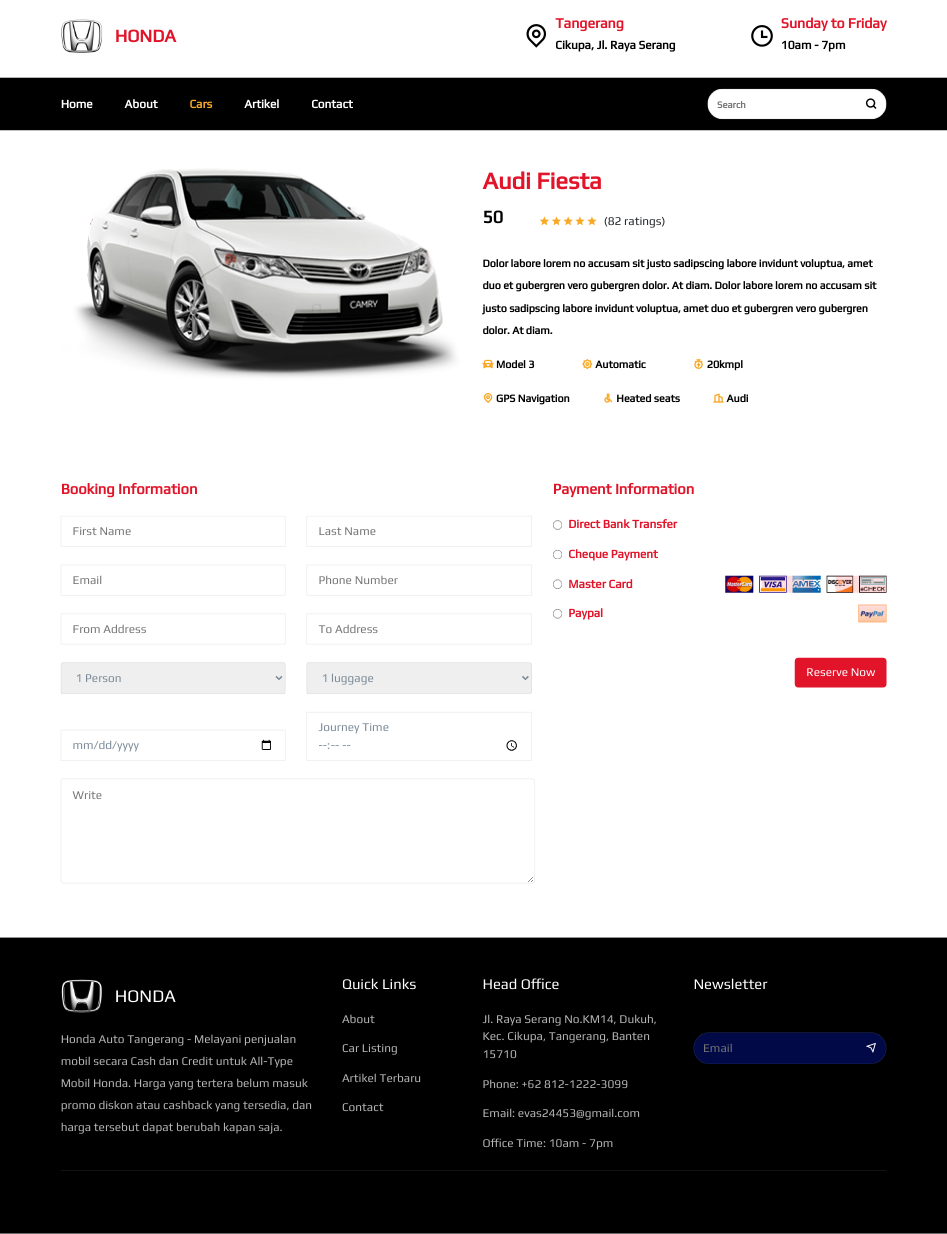
Repository: stevenxylver/Honda
Page: /cars/Audi Fiesta
These files come from the project's save history. The page is drawn as it stood at one moment and after the next save; the edit follows.
The browser window is 1280 px wide. The pictures show the whole page, at 74% of full size.
The project was rebuilt for these pictures with package versions that can differ from the ones it lists, and the page was loaded fresh each time. Also part of the build but not shown: src/styles/hero-slider.css, src/components/UI/HeroSlider.jsx, src/components/UI/FindCarForm.jsx, src/components/UI/AboutSection.jsx, src/styles/services-list.css, src/assets/data/serviceData.js, src/components/UI/ServicesList.jsx, src/components/UI/Example.jsx and 23 more.

Above is the page before, as saved 2022-11-20 14:21:24.

### src/index.css
/* ======== google fonts ======== */
@import url("https://fonts.googleapis.com/css2?family=Source+Sans+Pro:wght@200;300;400;600;700;900&display=swap");
@import url('https://fonts.googleapis.com/css2?family=Play&display=swap');
/* ======= base style ====== */
* {
  margin: 0;
  padding: 0;
  box-sizing: border-box;
  /* font-family: "Source Sans Pro", sans-serif; */
  font-family: 'Play', sans-serif;

}

/* ========= pre-define css ========= */
h1,
h2,
h3,
h4,
h5,
h6 {
  color: #E11429;
  font-weight: 600;
  margin-bottom: 0;
}

h3,
h4 {
  font-size: 1.6rem;
}

h5,
h6 {
  font-size: 1.2rem;
}

a {
  text-decoration: none;
  color: unset;
}

a:hover {
  color: unset;
}

ul {
  margin: 0;
  list-style: none;
}

.section__title {
  color: #E11429;
  font-weight: 600;
  font-size: 2rem;
}

.section__subtitle {
  color: #f9a826;
  font-weight: 600;
  font-size: 1.2rem;
}

.section__description {
  color: #000;
  font-size: 0.9rem;
  line-height: 30px;
  font-weight: 600;
}

section {
  padding: 50px 0px;
}

.btn {
  padding: 7px 15px;
  background: #E11429;
  color: #fff;
  border: none;
  outline: none;
  border-radius: 5px;
  transition: 0.3s;
}

.btn:hover {
  color: #fff !important;
  background: #E11429;
}

@media only screen and (max-width: 768px) {
  section {
    padding: 30px 0px;
  }

  .section__title {
    font-size: 1.6rem;
  }

  .section__subtitle {
    font-size: 1.1rem;
  }
}

### src/components/Footer/Footer.jsx
import React from "react";

import { Container, Row, Col, ListGroup, ListGroupItem } from "reactstrap";
import { Link } from "react-router-dom";
import "../../styles/footer.css";
import honda from "../../assets/all-images/honda.png";


const quickLinks = [
  {
    path: "/about",
    display: "About",
  },
  {
    path: "/cars",
    display: "Car Listing",
  },
  {
    path: "/blogs",
    display: "Artikel Terbaru",
  },

  {
    path: "/contact",
    display: "Contact",
  },
];

const Footer = () => {
  const date = new Date();
  const year = date.getFullYear();
  return (
    <footer className="footer">
      <Container>
        <Row>
          <Col lg="4" md="4" sm="12">
            <div className="logo footer__logo">
              <h1>
                <Link to="/home" className=" d-flex align-items-center gap-2">
                <img className="honda" src={honda} alt="" />
                    <i></i>
                    <span>HONDA
                     <br/>
                    </span>
                </Link>
              </h1>
            </div>
            <p className="footer__logo-content">
            Honda Auto Tangerang - Melayani penjualan mobil secara Cash dan Credit untuk All-Type Mobil Honda. Harga yang tertera belum masuk promo diskon atau cashback yang tersedia, dan harga tersebut dapat berubah kapan saja.
            </p>
          </Col>

          <Col lg="2" md="4" sm="6">
            <div className="mb-4">
              <h5 className="footer__link-title">Quick Links</h5>
              <ListGroup>
                {quickLinks.map((item, index) => (
                  <ListGroupItem key={index} className="p-0 mt-3 quick__link">
                    <Link to={item.path}>{item.display}</Link>
                  </ListGroupItem>
                ))}
              </ListGroup>
            </div>
          </Col>

          <Col lg="3" md="4" sm="6">
            <div className="mb-4">
              <h5 className="footer__link-title mb-4">Head Office</h5>
              <p className="office__info">Jl. Raya Serang No.KM14, Dukuh, Kec. Cikupa, Tangerang, Banten 15710</p>
              <p className="office__info">Phone: +62 812-1222-3099</p>

              <p className="office__info">Email: evas24453@gmail.com </p>

              <p className="office__info">Office Time: 10am - 7pm</p>
            </div>
          </Col>

          <Col lg="3" md="4" sm="12">
            <div className="mb-4">
              <h5 className="footer__link-title">Newsletter</h5>
              <p className="section__description">Subscribe our newsletter</p>
              <div className="newsletter">
                <input type="email" placeholder="Email" />
                <span>
                  <i class="ri-send-plane-line"></i>
                </span>
              </div>
            </div>
          </Col>

          <Col lg="12">
            <div className="footer__bottom">
              <p className="section__description d-flex align-items-center justify-content-center gap-1 pt-4">
                <i class="ri-copyright-line"></i>Copyright {year}, Developed by
                Muhibur Rahman. All rights reserved.
              </p>
            </div>
          </Col>
        </Row>
      </Container>
    </footer>
  );
};

export default Footer;

### src/styles/header.css
.header__top {
  padding: 10px 0px;
  background: #E11429;
  color: #fff;
}


.honda
{
width: 57px;
height: 57px;
}

.header__top__left {
  display: flex;
  align-items: center;
  column-gap: 1rem;
}

.header__top__left span {
  font-size: 0.9rem;
}

.header__top__help {
  display: flex;
  align-items: center;
  column-gap: 0.4rem;
}

.header__top__help i {
  background: #fff;
  color: #E11429;
  padding: 2px 4px;
  border-radius: 50px;
  font-size: 0.7rem;
}

.header__top__right a {
  text-decoration: none;
  color: #fff;
  font-size: 0.9rem;
}

.header__top__right a:hover {
  color: #fff;
}

/* ============ header middle style =========== */

.header__middle {
  padding: 20px 0px;
}

.logo h1 a span {
  font-size: 1.5rem;
}

.logo h1 a i {
  font-size: 2.2rem;
}

.logo h1 a {
  text-decoration: none;
  color: #E11429;
  font-weight: 900;
}

.logo h1 {
  line-height: 1.5rem;
}

.header__location span i {
  font-size: 2.2rem;
  color: #000000;
}

.header__location-content h4 {
  font-size: 1.2rem;
  font-weight: 700;
  color: #E11429;
}

.header__location-content h6 {
  font-weight: 600;
  color: #000000;
}

.header__btn {
  background: #E11429 !important;
  padding: 10px 20px;
  border: none;
  outline: none;
  border-radius: 5px;
}

.header__btn a {
  display: flex;
  align-items: center;
  column-gap: 0.4rem;
  text-decoration: none;
  color: #fff;
  justify-content: end;
  font-size: 0.9rem;
  font-weight: 1000;
}


.header__btn a:hover {
  color: #fff;
}

/* ================ main navbar styles =========== */

.main__navbar {
  padding: 15px 0px;
  background: #000000;
}

.mobile__menu i {
  color: #fff;
  font-size: 1.3rem;
  cursor: pointer;
}

.mobile__menu {
  display: none;
}

.menu {
  display: flex;
  align-items: center;
  column-gap: 2.7rem;
}

.nav__item {
  color: #fff;
  text-decoration: none;
  transition: 0.3s;
  font-weight: 1000;
}

.nav__item:hover {
  color: #f9a826;
}



.search__box {
  border: 1px solid #7c8a972f;
  padding: 7px 12px;
  display: flex;
  align-items: center;
  border-radius: 50px;
  background: #020a4de9;
}

.search__box {
  border: 1px solid #7c8a972f;
  padding: 7px 12px;
  display: flex;
  align-items: center;
  border-radius: 50px;
  background: #fff;
  font-weight: 1000;
}

.search__box input {
  background: transparent;
  border: none;
  outline: none;
  color: #fff;
  cursor: pointer;
}

.search__box input::placeholder {
  font-size: 0.8rem;
  font-weight:800;
}
.search__box span i {
  color: #000000;
  cursor: pointer;
}

.nav__active {
  color: #f9a826;
}

@media only screen and (max-width: 768px) {
  .header__top,
  .header__middle,
  .nav__right {
    display: none;
  }

  .mobile__menu {
    display: block;
  }

  .navigation {
    background: rgb(0, 13, 107, 0.6);
    width: 100%;
    height: 100%;
    position: fixed;
    top: 0;
    left: 0;
    z-index: 9999;
    display: none;
  }

  .menu {
    width: 250px;
    height: 100%;
    background: #fff;
    display: flex;
    align-items: center;
    flex-direction: column;
    row-gap: 2rem;
    justify-content: center;
  }

  .menu a {
    color: #E11429;
    font-weight: 600;
    font-size: 0.9rem;
  }

  .menu__active {
    display: block;
  }


}

### src/styles/footer.css
.footer {
  background: #000000;
  padding-top: 50px;
  padding-bottom: 15px;
}

.footer__logo i {
  color: #fff;
  font-weight: 400;
}

.footer__logo span {
  color: #fff;
  font-weight: 500;
}

.footer__logo-content {
  color: rgba(255, 255, 255, 0.715);
  margin-top: 15px;
  line-height: 30px;
}

.quick__link {
  border: none !important;
  background: transparent !important;
}

.quick__link a {
  color: rgba(255, 255, 255, 0.715);
  text-decoration: none;
  font-weight: 300;
  transition: 0.3s;
}

.quick__link a:hover {
  color: #f9a826;
}

.footer__link-title {
  color: #fff;
}

.office__info {
  color: rgba(255, 255, 255, 0.715);
  font-weight: 300;
}

.newsletter {
  display: flex;
  align-items: center;
  justify-content: space-between;
  padding: 8px 12px;
  border: 1px solid #7c8a972f;
  border-radius: 50px;
  background: #020a4de9;
}

.newsletter input {
  background: transparent;
  color: #fff;
  border: none;
  outline: none;
}

.newsletter span i {
  color: #fff;
}

.footer__bottom {
  border-top: 1px solid #7c8a972f;
}

@media only screen and (max-width: 768px) {
  .footer__logo-content {
    font-size: 0.8rem;
  }

  .quick__link,
  .office__info {
    font-size: 0.8rem;
    line-height: 1.5rem;
  }

  .footer__link-title {
    font-size: 1rem;
    margin-top: 15px;
  }

  .footer__bottom p {
    font-size: 0.7rem;
  }


}

### src/pages/CarDetails.jsx
import React, { useEffect } from "react";

import carData from "../assets/data/carData";
import { Container, Row, Col } from "reactstrap";
import Helmet from "../components/Helmet/Helmet";
import { useParams } from "react-router-dom";
import BookingForm from "../components/UI/BookingForm";
import PaymentMethod from "../components/UI/PaymentMethod";

const CarDetails = () => {
  const { slug } = useParams();

  const singleCarItem = carData.find((item) => item.carName === slug);

  useEffect(() => {
    window.scrollTo(0, 0);
  }, [singleCarItem]);

  return (
    <Helmet title={singleCarItem.carName}>
      <section>
        <Container>
          <Row>
            <Col lg="6">
              <img src={singleCarItem.imgUrl} alt="" className="w-100" />
            </Col>

            <Col lg="6">
              <div className="car__info">
                <h2 className="section__title">{singleCarItem.carName}</h2>

                <div className=" d-flex align-items-center gap-5 mb-4 mt-3">
                  <h6 className="rent__price fw-bold fs-4">
                    {singleCarItem.price}
                  </h6>

                  <span className=" d-flex align-items-center gap-2">
                    <span style={{ color: "#f9a826" }}>
                      <i class="ri-star-s-fill"></i>
                      <i class="ri-star-s-fill"></i>
                      <i class="ri-star-s-fill"></i>
                      <i class="ri-star-s-fill"></i>
                      <i class="ri-star-s-fill"></i>
                    </span>
                    ({singleCarItem.rating} ratings)
                  </span>
                </div>

                <p className="section__description">
                  {singleCarItem.description}
                </p>

                <div
                  className=" d-flex align-items-center mt-3"
                  style={{ columnGap: "4rem" }}
                >
                  <span className=" d-flex align-items-center gap-1 section__description">
                    <i
                      class="ri-roadster-line"
                      style={{ color: "#f9a826" }}
                    ></i>{" "}
                    {singleCarItem.model}
                  </span>

                  <span className=" d-flex align-items-center gap-1 section__description">
                    <i
                      class="ri-settings-2-line"
                      style={{ color: "#f9a826" }}
                    ></i>{" "}
                    {singleCarItem.automatic}
                  </span>

                  <span className=" d-flex align-items-center gap-1 section__description">
                    <i
                      class="ri-timer-flash-line"
                      style={{ color: "#f9a826" }}
                    ></i>{" "}
                    {singleCarItem.speed}
                  </span>
                </div>

                <div
                  className=" d-flex align-items-center mt-3"
                  style={{ columnGap: "2.8rem" }}
                >
                  <span className=" d-flex align-items-center gap-1 section__description">
                    <i class="ri-map-pin-line" style={{ color: "#f9a826" }}></i>{" "}
                    {singleCarItem.gps}
                  </span>

                  <span className=" d-flex align-items-center gap-1 section__description">
                    <i
                      class="ri-wheelchair-line"
                      style={{ color: "#f9a826" }}
                    ></i>{" "}
                    {singleCarItem.seatType}
                  </span>

                  <span className=" d-flex align-items-center gap-1 section__description">
                    <i
                      class="ri-building-2-line"
                      style={{ color: "#f9a826" }}
                    ></i>{" "}
                    {singleCarItem.brand}
                  </span>
                </div>
              </div>
            </Col>

            <Col lg="7" className="mt-5">
              <div className="booking-info mt-5">
                <h5 className="mb-4 fw-bold ">Booking Information</h5>
                <BookingForm />
              </div>
            </Col>

            <Col lg="5" className="mt-5">
              <div className="payment__info mt-5">
                <h5 className="mb-4 fw-bold ">Payment Information</h5>
                <PaymentMethod />
              </div>
            </Col>
          </Row>
        </Container>
      </section>
    </Helmet>
  );
};

export default CarDetails;

### src/components/UI/BookingForm.jsx
import React from "react";
import "../../styles/booking-form.css";
import { Form, FormGroup } from "reactstrap";

const BookingForm = () => {
  const submitHandler = (event) => {
    event.preventDefault();
  };
  return (
    <Form onSubmit={submitHandler}>
      <FormGroup className="booking__form d-inline-block me-4 mb-4">
        <input type="text" placeholder="First Name" />
      </FormGroup>
      <FormGroup className="booking__form d-inline-block ms-1 mb-4">
        <input type="text" placeholder="Last Name" />
      </FormGroup>

      <FormGroup className="booking__form d-inline-block me-4 mb-4">
        <input type="email" placeholder="Email" />
      </FormGroup>
      <FormGroup className="booking__form d-inline-block ms-1 mb-4">
        <input type="number" placeholder="Phone Number" />
      </FormGroup>

      <FormGroup className="booking__form d-inline-block me-4 mb-4">
        <input type="text" placeholder="From Address" />
      </FormGroup>
      <FormGroup className="booking__form d-inline-block ms-1 mb-4">
        <input type="text" placeholder="To Address" />
      </FormGroup>

      <FormGroup className="booking__form d-inline-block me-4 mb-4">
        <select name="" id="">
          <option value="1 person">1 Person</option>
          <option value="2 person">2 Person</option>
          <option value="3 person">3 Person</option>
          <option value="4 person">4 Person</option>
          <option value="5+ person">5+ Person</option>
        </select>
      </FormGroup>
      <FormGroup className="booking__form d-inline-block ms-1 mb-4">
        <select name="" id="">
          <option value="1 luggage">1 luggage</option>
          <option value="2 luggage">2 luggage</option>
          <option value="3 luggage">3 luggage</option>
          <option value="4 luggage">4 luggage</option>
          <option value="5+ luggage">5+ luggage</option>
        </select>
      </FormGroup>

      <FormGroup className="booking__form d-inline-block me-4 mb-4">
        <input type="date" placeholder="Journey Date" />
      </FormGroup>
      <FormGroup className="booking__form d-inline-block ms-1 mb-4">
        <input
          type="time"
          placeholder="Journey Time"
          className="time__picker"
        />
      </FormGroup>

      <FormGroup>
        <textarea
          rows={5}
          type="textarea"
          className="textarea"
          placeholder="Write"
        ></textarea>
      </FormGroup>
    </Form>
  );
};

export default BookingForm;

### src/components/UI/PaymentMethod.jsx
import React from "react";

import masterCard from "../../assets/all-images/master-card.jpg";
import paypal from "../../assets/all-images/paypal.jpg";
import "../../styles/payment-method.css";

const PaymentMethod = () => {
  return (
    <>
      <div className="payment">
        <label htmlFor="" className="d-flex align-items-center gap-2">
          <input type="radio" /> Direct Bank Transfer
        </label>
      </div>

      <div className="payment mt-3">
        <label htmlFor="" className="d-flex align-items-center gap-2">
          <input type="radio" /> Cheque Payment
        </label>
      </div>

      <div className="payment mt-3 d-flex align-items-center justify-content-between">
        <label htmlFor="" className="d-flex align-items-center gap-2">
          <input type="radio" /> Master Card
        </label>

        <img src={masterCard} alt="" />
      </div>

      <div className="payment mt-3 d-flex align-items-center justify-content-between">
        <label htmlFor="" className="d-flex align-items-center gap-2">
          <input type="radio" /> Paypal
        </label>

        <img src={paypal} alt="" />
      </div>
      <div className="payment text-end mt-5">
        <button>Reserve Now</button>
      </div>
    </>
  );
};

export default PaymentMethod;

### src/styles/find-car-form.css
.find__cars-left {
  /* background: linear-gradient(rgb(0, 0, 0, 0.8), rgb(0, 0,20, 0.8)),
    url("../assets/all-images/toyota-offer-2.png");
  background-position: center;
  background-repeat: no-repeat;
  background-size: cover; */
  padding: 65px 35px;
  background-color: #E11429;
  /* background: linear-gradient(rgb(225, 20, 41, 0.8), rgb(174, 18,20, 0.8)), */
}

.find__cars-left h2 {
  font-weight: 600;
  font-size: 0.875rem;
  color: #fff;
  text-align: center;
  background-color: #E11429;
}


.steer{
  height: 40px;
  width: 40px;
  align-items: center;
  color: #E11429;
}

.find__cars-left h1 {
  /* font-weight: 600; */
  font-size: 0.75rem;
  color: #fff;
  text-align: center;
  background-color: #E11429;
}

.form__group {
  width: 30%;
  margin-bottom: 0;
}

.form__group input {
  border: 1px solid #7c8a972a;
  padding: 8px 12px;

  width: 100%;
  outline: none;
}
.form__group input::placeholder {
  color: #7c8a97;
}

.section__subtitle{
  color: #000;
}

.ava1
{
  height: 285px;
  width: 500px;
  border-radius: 5px;
}

.section__subtitle{
color: #f9a826;
}
.rent__price{
  color: #000;
}

.form {
  background: #fff;
  padding-top: 55px;
  padding-bottom: 50px;
  padding-left: 15px;
  padding-right: 15px;
}

.select__group {
  width: 30%;
}

.select__group select {
  width: 100%;
  padding: 10px 15px;
  border: 1px solid #7c8a972a;
  outline: none;
  color: #7c8a97;
}

.hero__slider-section {
  position: relative;
  z-index: 10;
  margin-bottom: 200px;
}

.hero__form {
  position: absolute;
  bottom: -150px;
  z-index: 11;
  width: 100%;
}

.form__row {
  background: #E11429;
  box-shadow: 5px 5px 15px -5px #7c8a97;
  border-radius: 15px;

}

.journey__time::before {
  content: "Journey time";
  margin-right: 0.8rem;
  color: #7c8a97;
}

.find__car-btn {
  background: #E11429 !important;
  color: #fff !important;
  padding: 8px 15px;
  width: 100%;
  border: none;
  outline: none;
}

@media only screen and (max-width: 992px) {
  .find__cars-left {
    padding: 65px 22px;
  }

  .find__cars-left h2 {
    font-size: 1.5rem;
  }

  .form {
    padding: 30px 10px;
  }

  .form__group input,
  .select__group select {
    padding: 7px 10px;
    font-size: 0.8rem;
  }

  .hero__form {
    bottom: -100px;
  }
}

@media only screen and (max-width: 768px) {
  .find__cars-left {
    padding-top: 20px;
    padding-bottom: 0;
    background: #E11429;
    text-align: center;
  }

  .form {
    padding: 20px 10px;
  }
}

@media only screen and (max-width: 576px) {
  .form__group {
    width: 100%;
    margin: auto;
    margin-bottom: 15px;
  }

  .form__group input {
    font-size: 0.7rem !important;
  }

  .select__group {
    width: 100%;
    padding-right: 10px;
    font-size: 0.7rem;
  }

  .find__car-btn {
    font-size: 0.8rem;
  }

  .find__cars-left h2 {
    font-size: 1rem;
  }

  .hero__form {
    bottom: -250px;
  }
}

### src/styles/about-section.css
.about__section-item {
  column-gap: 3rem;
}

.about{
width: 255px;
height: 255px;
border-radius: 10px;
box-shadow: 5px 5px 15px -5px #7c8a97;
}


.about__section-item p i {
  color: #f9a826;
  font-size: 1.1rem;
}

@media only screen and (max-width: 992px) {
  .about__section-content h2 {
    font-size: 1.5rem;
  }
  .about__section-item {
    column-gap: 3rem;
  }
  .about__section-item p {
    font-size: 0.6rem;
    margin-bottom: 0;
  }

  .section__description i {
    font-size: 0.8rem !important;
  }
}

@media only screen and (max-width: 768px) {
  .about__img {
    margin-top: 30px;
  }
}

@media only screen and (max-width: 576px) {
  .about__section {
    margin-top: 280px;
  }
}

### src/styles/payment-method.css
.payment label {
  font-weight: 600;
  color: #E11429;
}

.payment button {
  padding: 8px 15px;
  border-radius: 5px;
  background: #E11429;
  color: #fff;
  border: none;
  outline: none;
}

Loaded but not shown: public/index.html (common file); src/index.js (common file); src/App.js (common file); src/components/Layout/Layout.jsx (common file); src/components/Helmet/Helmet.js (common file); src/styles/booking-form.css (common file); src/assets/data/carData.js (158 lines, source omitted); src/routers/Routers.js (28 lines, source omitted); src/components/Header/Header.jsx (139 lines, source omitted)

After the next save:
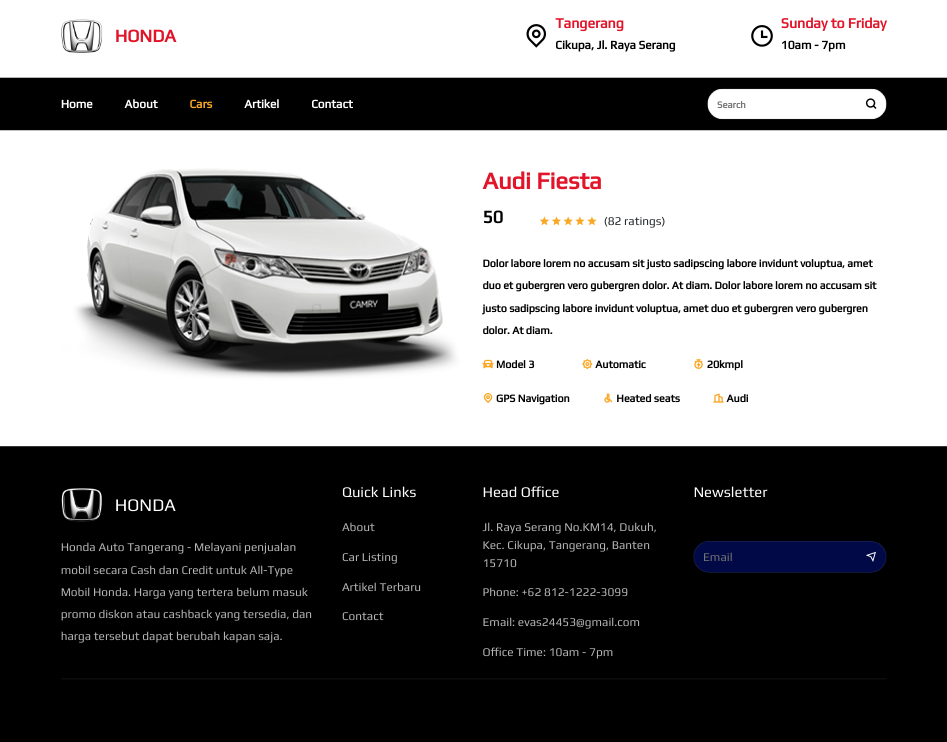
Saved 49 s later.
--- a/src/pages/CarDetails.jsx
+++ b/src/pages/CarDetails.jsx
@@ -107,7 +107,7 @@
               </div>
             </Col>
 
-            <Col lg="7" className="mt-5">
+            {/* <Col lg="7" className="mt-5">
               <div className="booking-info mt-5">
                 <h5 className="mb-4 fw-bold ">Booking Information</h5>
                 <BookingForm />
@@ -119,7 +119,7 @@
                 <h5 className="mb-4 fw-bold ">Payment Information</h5>
                 <PaymentMethod />
               </div>
-            </Col>
+            </Col> */}
           </Row>
         </Container>
       </section>
